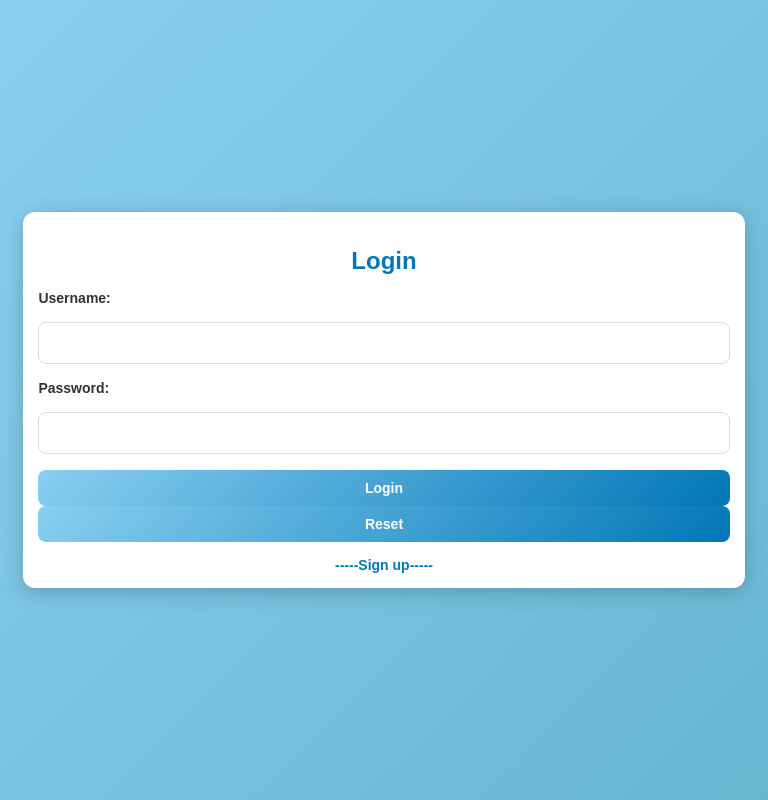
Repository: Loc2804/LTM
Page: http://localhost/RestaurantProject/Login.jsp
The author's editor kept a copy of each file at every save. The page is drawn from the files as they stood at one save, then again after the next save.
The browser window is 768 px wide. The pictures show the whole page.
The page is served by Tomcat 10.

Above is the page before, as saved 2024-12-07 08:51:05.

After the next save:
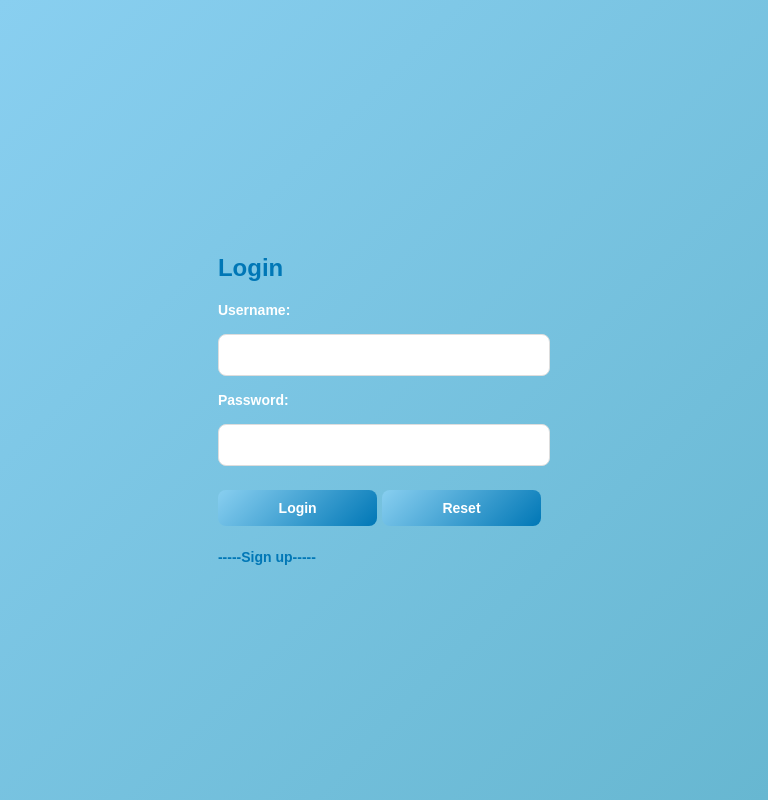
Saved 28 s later.
--- a/RestaurantProject/src/main/webapp/Login.jsp
+++ b/RestaurantProject/src/main/webapp/Login.jsp
@@ -9,7 +9,7 @@
     <style>
         body {
     font-family: Arial, sans-serif;
-    background: linear-gradient(135deg, #89CFF0, #67B7D1); /* Màu xanh nước biển nhạt */
+    background: linear-gradient(135deg, #89CFF0, #67B7D1);
     display: flex;
     justify-content: center;
     align-items: center;
@@ -18,19 +18,19 @@
     color: #fff;
 }
 
-.login-container {
+.registration-container {
     background-color: #fff;
-    padding: 25px;
+    padding: 30px;
     box-shadow: 0 4px 20px rgba(0, 0, 0, 0.2);
     border-radius: 12px;
-    width: 350px;
+    width: 400px;
     text-align: center;
     color: #333;
 }
 
 h2 {
-    margin-bottom: 15px;
-    color: #0077b6; /* Xanh nước biển đậm */
+    margin-bottom: 20px;
+    color: #0077b6;
     font-weight: bold;
 }
 
@@ -42,7 +42,8 @@ label {
     text-align: left;
 }
 
-.input-field {
+.input-field,
+select {
     width: 100%;
     padding: 12px;
     margin: 8px 0 16px 0;
@@ -53,16 +54,28 @@ label {
     transition: all 0.3s ease;
 }
 
-.input-field:focus {
+.input-field:focus,
+select:focus {
     border-color: #0077b6;
     outline: none;
     box-shadow: 0 0 5px rgba(0, 119, 182, 0.5);
 }
 
+select {
+    background-color: #fff;
+    cursor: pointer;
+}
+
+select option {
+    font-size: 14px;
+    padding: 10px;
+}
+
 .btn {
-    width: 100%;
+    width: 48%;
     padding: 12px;
-    background: linear-gradient(135deg, #89CFF0, #0077b6); /* Xanh nước biển nhạt đến đậm */
+    margin: 0 2% 8px 2%;
+    background: linear-gradient(135deg, #89CFF0, #0077b6);
     color: white;
     border: none;
     border-radius: 8px;
@@ -73,69 +86,12 @@ label {
 }
 
 .btn:hover {
-    background: linear-gradient(135deg, #0077b6, #005f99); /* Tông đậm hơn khi hover */
+    background: linear-gradient(135deg, #0077b6, #005f99);
     box-shadow: 0 4px 8px rgba(0, 0, 0, 0.2);
     transform: translateY(-2px);
 }
 
-.error-message {
-    color: #d9534f;
-    background-color: #f8d7da;
-    border: 1px solid #f5c6cb;
-    border-radius: 8px;
-    padding: 10px;
-    margin-top: 15px;
-    font-size: 14px;
-}
-
-.success-message {
-    color: #28a745;
-    background-color: #d4edda;
-    border: 1px solid #c3e6cb;
-    border-radius: 8px;
-    padding: 10px;
-    margin-top: 15px;
-    font-size: 14px;
-}
-
-.form-container {
-    margin-top: 15px;
-}
-
-.form-container label {
-    text-align: left;
-    display: block;
-    font-size: 14px;
-    margin-bottom: 5px;
-}
-
-.form-container .input-field {
-    margin-bottom: 20px;
-}
-
-::placeholder {
-    color: #999;
-    font-style: italic;
-}
-
-input[type="text"]:focus, input[type="password"]:focus {
-    background-color: #f9f9f9;
-    outline: none;
-    border: 1px solid #0077b6;
-    box-shadow: 0 0 3px rgba(0, 119, 182, 0.4);
-}
-
-@media (max-width: 768px) {
-    .login-container {
-        width: 90%;
-        padding: 15px;
-    }
-
-    .btn {
-        font-size: 14px;
-        padding: 10px;
-    }
-    a {
+a {
     display: block;
     margin-top: 15px;
     font-size: 14px;
@@ -150,7 +106,29 @@ a:hover {
     text-decoration: underline;
 }
 
+.error-message {
+    color: #d9534f;
+    background-color: #f8d7da;
+    border: 1px solid #f5c6cb;
+    border-radius: 8px;
+    padding: 10px;
+    margin-top: 15px;
+    font-size: 14px;
 }
+
+@media (max-width: 768px) {
+    .registration-container {
+        width: 90%;
+        padding: 20px;
+    }
+
+    .btn {
+        font-size: 14px;
+        padding: 10px;
+        margin: 8px 0;
+    }
+}
+
 
     </style>
 </head>
